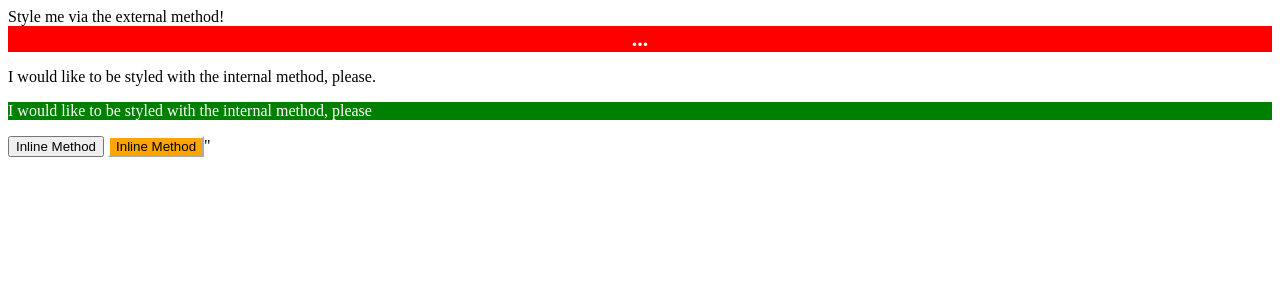
Repository: mnhardy1504/odin-recipes1
Page: repos/css-exercises/foundations/01-css-methods/index.html
These files come from the project's save history. The page is drawn as it stood at one moment and after the next save; the edit follows.
The browser window is 1280 px wide. The pictures show the whole page.

Above is the page before, as saved 2023-08-22 18:28:43.

After the next save:
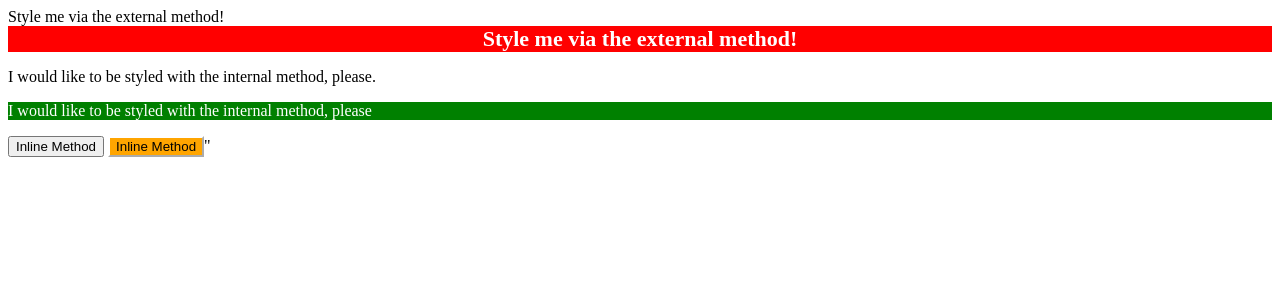
Saved 21 s later.
--- a/repos/css-exercises/foundations/01-css-methods/index.html
+++ b/repos/css-exercises/foundations/01-css-methods/index.html
@@ -8,7 +8,7 @@
   </head>
   <body>
     <div>Style me via the external method!</div>
-    <div style= "color: white; background-color: red; font-weight: bold; text-align: center; font-size: 22px;">...</div>
+    <div style= "color: white; background-color: red; font-weight: bold; text-align: center; font-size: 22px;">Style me via the external method!</div>
     <p>I would like to be styled with the internal method, please.</p>
     <p style= " color: white; background-color: green;">I would like to be styled with the internal method, please</p>
     <button>Inline Method</button>
